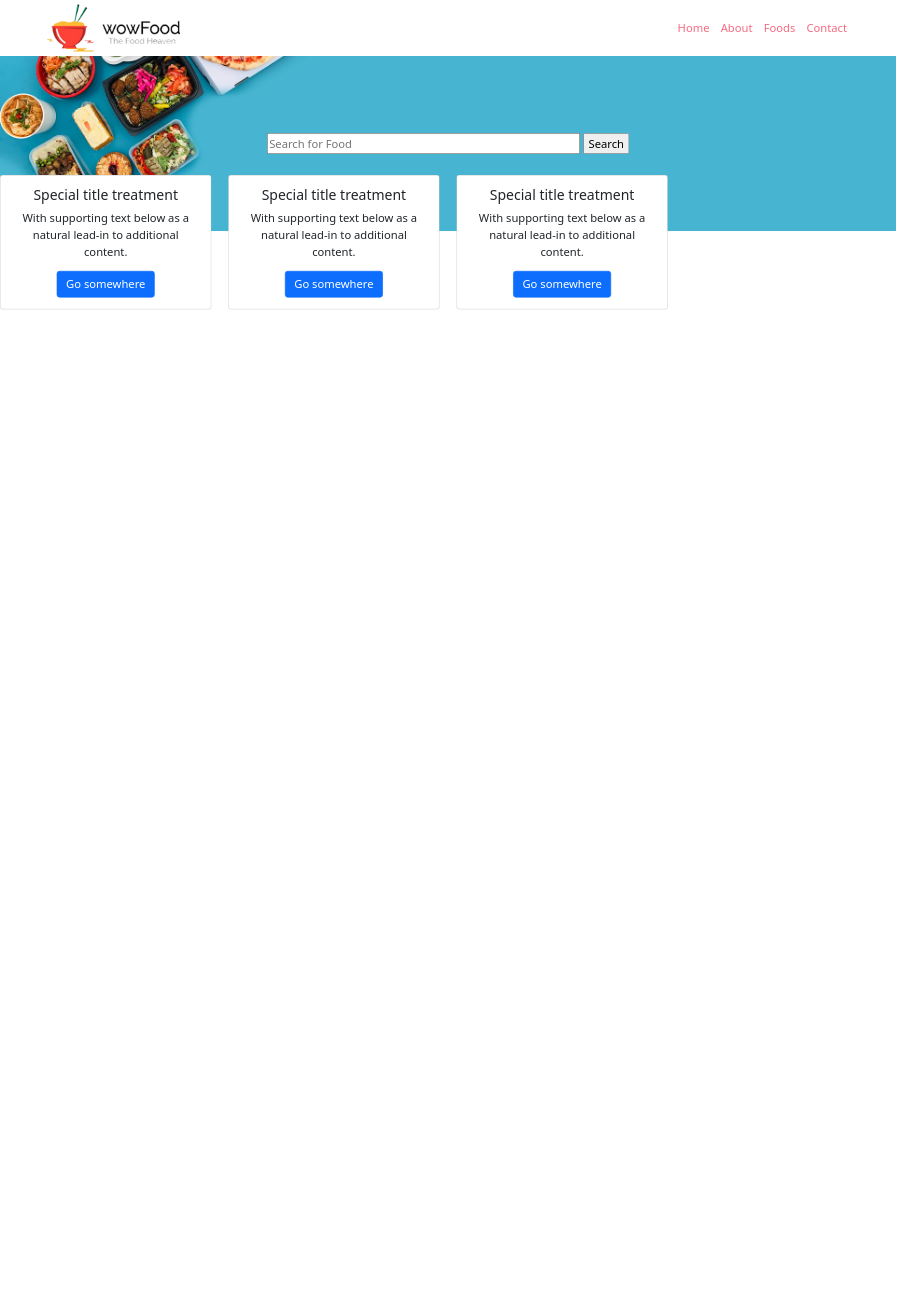
Repository: ruaruababa/RestaurantBS5
Page: html/index.html
The author's editor kept a copy of each file at every save. The page is drawn from the files as they stood at one save, then again after the next save.
The browser window is 1280 px wide. The page is 1292 px wide, so the pictures cover 1292 px, including what lies to the right of the window. The pictures show the part of the page from y = 0 to 1880 px (the page is 3000 px tall), at 70% of full size.

Above is the page before, as saved 2021-09-25 17:03:58.

### html/index.html
<!DOCTYPE html>
<html lang="en">

<head>
    <meta charset="UTF-8" />
    <meta http-equiv="X-UA-Compatible" content="IE=edge" />
    <meta name="viewport" content="width=device-width, initial-scale=1.0" />
    <title>Document</title>
    <link href="https://cdn.jsdelivr.net/npm/bootstrap@5.1.1/dist/css/bootstrap.min.css" rel="stylesheet"
        integrity="sha384-F3w7mX95PdgyTmZZMECAngseQB83DfGTowi0iMjiWaeVhAn4FJkqJByhZMI3AhiU" crossorigin="anonymous" />
    <link rel="stylesheet" href="https://cdn.jsdelivr.net/npm/bootstrap-icons@1.5.0/font/bootstrap-icons.css" />
    <link rel="stylesheet" href="/css/style.css">
</head>

<body>
    <nav class="navbar navbar-expand-lg navbar-light bg-light nav-fixed">
        <div class="container-fluid ">
            <a class="navbar-brand" href="#">
                <img src="/img/logo.png" alt="">
            </a>
            <button class="navbar-toggler" type="button" data-bs-toggle="collapse"
                data-bs-target="#navbarSupportedContent" aria-controls="navbarSupportedContent" aria-expanded="false"
                aria-label="Toggle navigation">
                <span class="navbar-toggler-icon"></span>
            </button>
            <div class="collapse navbar-collapse" id="navbarSupportedContent">
                <ul class="navbar-nav ">
                    <li class="nav-item">
                        <a class="nav-link active nav-link-fixed" aria-current="page" href="#">Home</a>
                    </li>
                    <li class="nav-item">
                        <a class="nav-link active nav-link-fixed" aria-current="page" href="#">About</a>
                    </li>
                    <li class="nav-item">
                        <a class="nav-link active nav-link-fixed" aria-current="page" href="#">Foods</a>
                    </li>
                    <li class="nav-item">
                        <a class="nav-link active nav-link-fixed" aria-current="page" href="#">Contact</a>
                    </li>
                </ul>
            </div>
        </div>
    </nav>

    <!-- End navbar -->

    <section>
        <div class="container-section" style=" position: relative; top: 80px;">
            <img src="/img/bg.jpg" class="img-fluid" alt="Responsive image"
                style="height:250px; width:100%; object-fit: cover;">
            <form action="" class="form-search"
                style="width: 100%; position: absolute; top: 50%; transform: translateY(-50%); text-align: center;">
                <input type="text" placeholder="Search for Food" style="width:35%">
                <input type="button" value="Search">
            </form>
        </div>
    </section>

    <!-- end section background -->

    <section>
        <div class="row" style="text-align: center;">
            <div class="col-sm-3">
                <div class="card">
                    <div class="card-body">
                        <h5 class="card-title">Special title treatment</h5>
                        <p class="card-text">With supporting text below as a natural lead-in to additional content.</p>
                        <a href="#" class="btn btn-primary">Go somewhere</a>
                    </div>
                </div>
            </div>
            <div class="col-sm-3">
                <div class="card">
                    <div class="card-body">
                        <h5 class="card-title">Special title treatment</h5>
                        <p class="card-text">With supporting text below as a natural lead-in to additional content.</p>
                        <a href="#" class="btn btn-primary">Go somewhere</a>
                    </div>
                </div>
            </div>
            <div class="col-sm-3">
                <div class="card">
                    <div class="card-body">
                        <h5 class="card-title">Special title treatment</h5>
                        <p class="card-text">With supporting text below as a natural lead-in to additional content.</p>
                        <a href="#" class="btn btn-primary">Go somewhere</a>
                    </div>
                </div>
            </div>
        </div>
    </section>

    <script src="https://cdn.jsdelivr.net/npm/bootstrap@5.1.1/dist/js/bootstrap.bundle.min.js"
        integrity="sha384-/bQdsTh/da6pkI1MST/rWKFNjaCP5gBSY4sEBT38Q/9RBh9AH40zEOg7Hlq2THRZ" crossorigin="anonymous">
    </script>
</body>

</html>

### css/style.css
body{
    height: 3000px!important;
}
.nav-fixed{
    background-color: white!important;
    padding: 0 50px;
    position: fixed;
    width: 100%;
    z-index: 1;
}
.navbar-collapse{
    justify-content: end;
}
.nav-link-fixed{
    text-align: center;
    color: #f56b81!important;
}

After the next save:
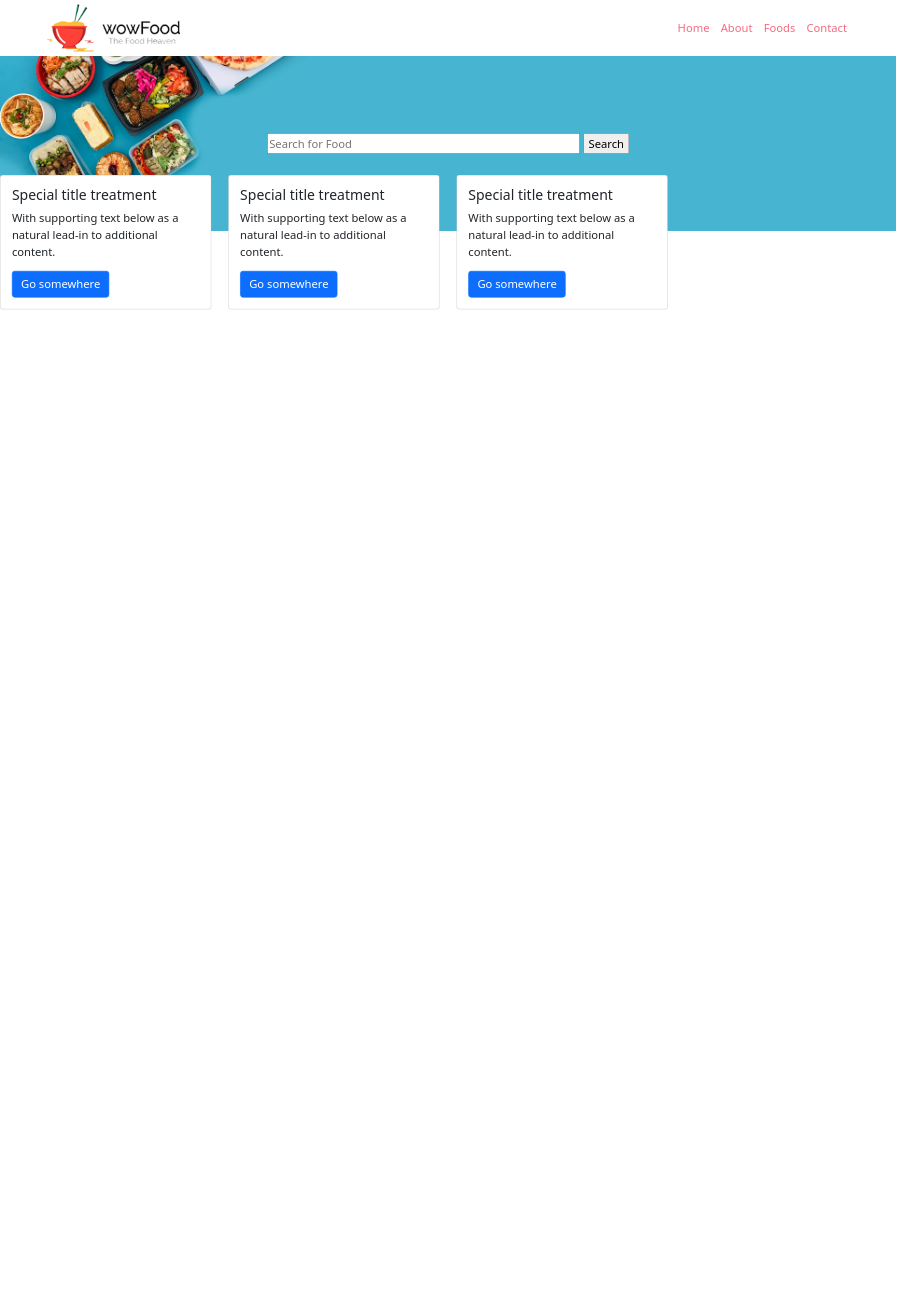
Saved 7 s later.
--- a/html/index.html
+++ b/html/index.html
@@ -59,7 +59,7 @@
     <!-- end section background -->
 
     <section>
-        <div class="row" style="text-align: center;">
+        <div class="row" style="">
             <div class="col-sm-3">
                 <div class="card">
                     <div class="card-body">
